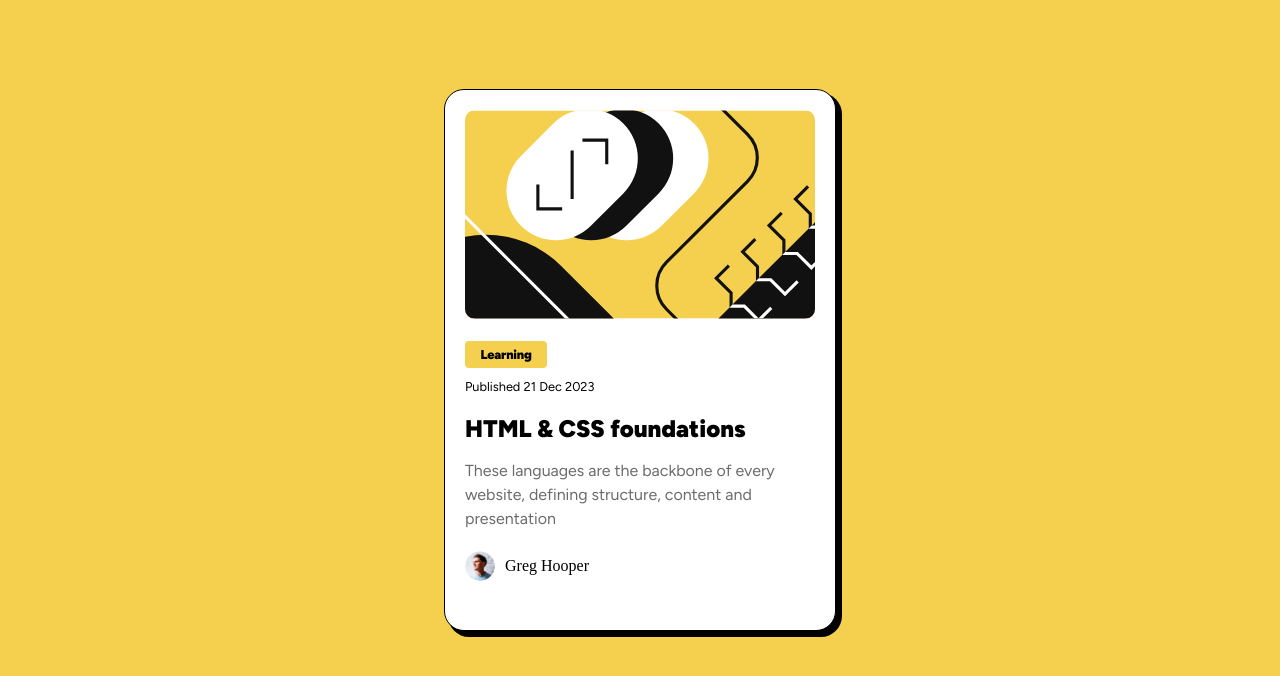
Repository: brandontaylor1/blogpreviewcard
Page: index.html
An editor plug-in stored every save of this project. The page is shown before and after the next save, followed by the edit.
The browser window is 1280 px wide. The pictures show the whole page.

Above is the page before, as saved 2024-12-25 12:25:47.

After the next save:
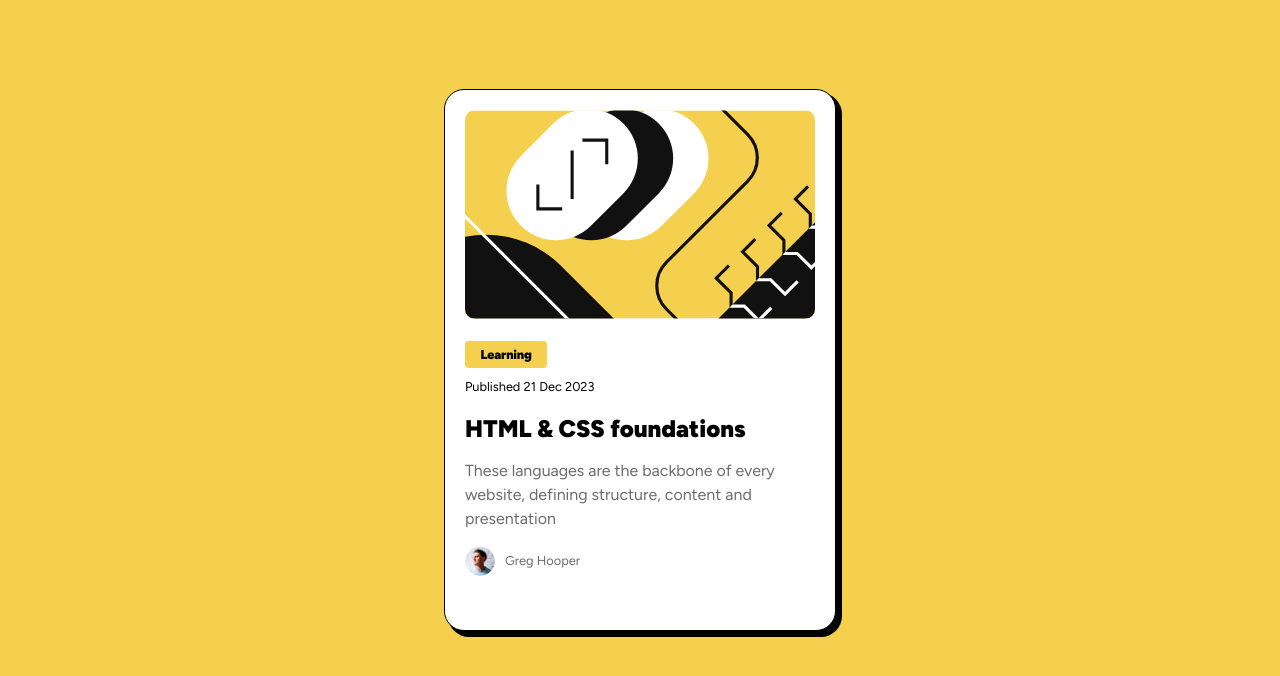
Saved 17 s later.
--- a/index.css
+++ b/index.css
@@ -126,5 +126,8 @@ body {
 }
 
 .user-footer p {
-
+    font-size: .8rem;
+    font-family: var(--main-font-url);
+    font-weight: 400;
+    color: var(--primary-gray-reg);
 }
